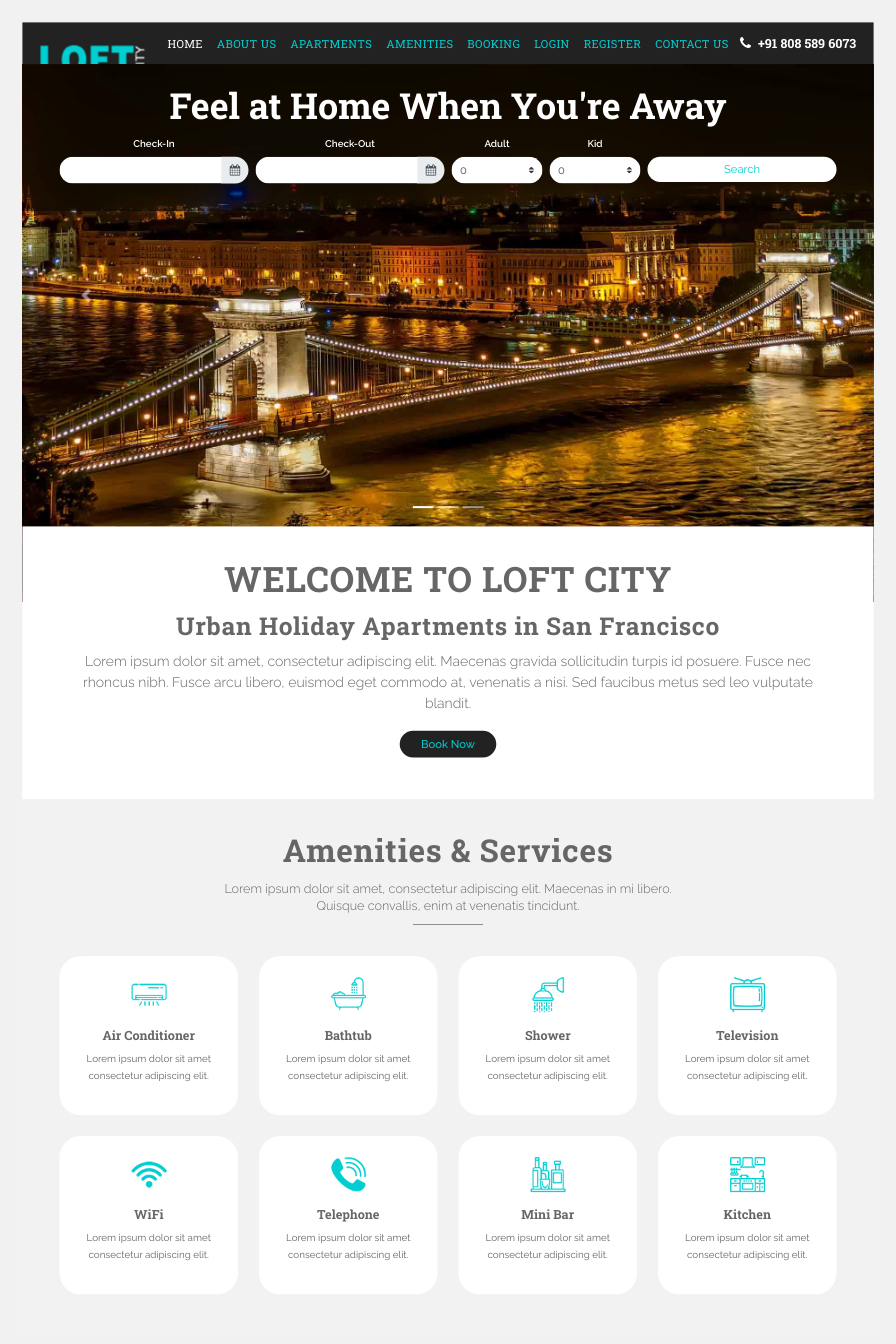
Repository: harshrathore123/ReactPractice
Page: / (app in RevFullStack/frontend/)
These files come from the project's save history. The page is drawn as it stood at one moment and after the next save; the edit follows.
The browser window is 1280 px wide. The pictures show the part of the page from y = 0 to 1920 px (the page is 6083 px tall), at 70% of full size.
The project was rebuilt for these pictures with package versions that can differ from the ones it lists, and the page was loaded fresh each time. Also part of the build but not shown: RevFullStack/frontend/vite.config.js, RevFullStack/frontend/src/component/SearchBar.jsx, RevFullStack/frontend/src/page/Aboutus.jsx, RevFullStack/frontend/src/page/Apartment.jsx, RevFullStack/frontend/src/page/Aminities.jsx, RevFullStack/frontend/src/page/Bookings.jsx, RevFullStack/frontend/src/page/Contact.jsx, RevFullStack/frontend/src/page/Login.jsx and 1 more.

Above is the page before, as saved 2025-10-18 22:39:27.

### RevFullStack/frontend/index.html
<!doctype html>
<html lang="en">
  <head>
    <meta charset="UTF-8" />
    <link rel="icon" type="image/svg+xml" href="/vite.svg" />
    <meta name="viewport" content="width=device-width, initial-scale=1.0" />
    <title>frontend</title>
            <!-- Favicons -->
        <link href="img/favicon.ico" rel="icon">
        <link href="img/apple-favicon.png" rel="apple-touch-icon">
<link href="https://fonts.googleapis.com/css2?family=Roboto:wght@400;700&display=swap" rel="stylesheet">
    <link rel="stylesheet" href="https://cdnjs.cloudflare.com/ajax/libs/font-awesome/6.0.0-beta3/css/all.min.css">
        <!-- Google Fonts -->
        <link href="https://fonts.googleapis.com/css?family=Roboto+Slab:400,700|Raleway:100,200,300,400,500,600,700,800,900" rel="stylesheet">

        <!-- Vendor CSS File -->
        <link href="vendor/bootstrap/css/bootstrap.min.css" rel="stylesheet">
        <link href="vendor/font-awesome/css/font-awesome.min.css" rel="stylesheet">
        <link href="vendor/slick/slick.css" rel="stylesheet">
        <link href="vendor/slick/slick-theme.css" rel="stylesheet">
        <link href="vendor/tempusdominus/css/tempusdominus-bootstrap-4.min.css" rel="stylesheet" />
  </head>
  <body>
    <div id="root"></div>
    <script type="module" src="/src/main.jsx"></script>
  </body>
</html>

### RevFullStack/frontend/src/main.jsx
import { StrictMode } from 'react'
import { createRoot } from 'react-dom/client'
import './index.css'
import {BrowserRouter} from 'react-router-dom';
import App from './App.jsx'

createRoot(document.getElementById('root')).render(
  <BrowserRouter>
    <App />
  </BrowserRouter>,
)

### RevFullStack/frontend/src/App.jsx
import './App.css'
import Home from './component/Home'
import Footer from './component/Footer'
import {Routes,Route} from 'react-router-dom';
import {ToastContainer} from 'react-toastify';
import Navbar from './component/Navbar';
import Aboutus from './page/Aboutus';
import Apartment from './page/Apartment';
import Aminities from './page/Aminities';
import Booking from './page/Bookings';
import Contact from './page/Contact';
import Login from './page/Login';
import Signup from './page/Signup';
function App(){
  return(
    <>
    <ToastContainer position="top-right" reverseOrder={false}/>
    <Navbar/>
    <Routes>
      <Route path='/' element={<Home/>}/>
      <Route path='/aboutus' element={<Aboutus/>}/>
      <Route path='/apartments' element={<Apartment/>}/>
      <Route path='/amenities' element={<Aminities/>}/>
      <Route path='/booking' element={<Booking/>}/>
      <Route path='/contact' element={<Contact/>}/>
      <Route path='/login' element={<Login/>}/>
      <Route path='/register' element={<Signup/>}/>
    </Routes>
    <Footer/>

    </>
  )
}

export default App

### RevFullStack/frontend/src/component/Home.jsx
import Animities from "./Aminities";
import Booking from "./Booking";
import CallUs from "./CallUs";
import Footer from "./Footer";
import Header from "./Header";
import Navbar from "./Navbar";
import Room from "./Room";
import Subscribe from "./Subscribe";
import Welcome from "./Welcome";
export default function Home(){
    return(
        <>
        <Header/>
        <Welcome/>
        <Animities/>
        <Room/>
        <Subscribe/>
        <Booking/>
        <CallUs/>
        </>
    )
}

### RevFullStack/frontend/src/component/Footer.jsx
import '../../public/css/style.css';
import '../../public/css/hover-style.css';
export default function Footer(){
    return(
        <>
                {/* <!-- Footer Section Start --> */}
        <div id="footer">
            <div className="container">
                <div className="row">
                    <div className="col-12">
                        <div className="social">
                            <a href=""><li className="fa fa-instagram"></li></a>
                            <a href=""><li className="fa fa-twitter"></li></a>
                            <a href=""><li className="fa fa-facebook-f"></li></a>
                        </div>
                    </div>
                    <div className="col-12">
                        <ul>
                            <li><a href="">Home</a></li>
                            <li><a href="">About</a></li>
                            <li><a href="">Terms</a></li>
                            <li><a href="">Contact</a></li>
                        </ul>
                    </div>
                    <div className="col-12">
                        <p>Copyright &#169; <a href="https://htmlcodex.com">HTML Codex</a> All Rights Reserved.</p>
						<p>Template By <a href="https://htmlcodex.com">HTML Codex</a></p>
                    </div>
                </div>
            </div>
        </div>
        {/* <!-- Footer Section End --> */}

        </>
    )
}

### RevFullStack/frontend/src/component/Navbar.jsx
import '../../public/css/style.css';
import '../../public/css/hover-style.css';
import { Link, Navigate } from 'react-router-dom';
import { NavLink } from 'react-router-dom';
import { useState } from 'react';

export default function Navbar() {
const [showMenu, setShowMenu] = useState(false);
    const activeStyle = {
        color:"white"
    }

      // Toggle menu (click or keyboard Enter/Space)
  const toggleMenu = (e) => {
    if (e.type === "keydown" && !(e.key === "Enter" || e.key === " ")) return;
    setShowMenu((s) => !s);
  };

  // Close mobile menu when a nav link is clicked (useful on mobile)
  const handleLinkClick = () => setShowMenu(false);
    return (
        <>
            {/* <!-- Header Section Start --> */}
            <header id="header">
                <NavLink to="/" className="logo">
                    <img src="img/logo.png" alt="logo" />
                </NavLink>

                <div className="phone">
                    <i className="fa fa-phone"></i>+91 808 589 6073
                </div>

                {/* Mobile menu button */}
      <button
        className="mobile-menu-btn"
        onClick={toggleMenu}
        onKeyDown={toggleMenu}
        aria-expanded={showMenu}
        aria-label={showMenu ? "Close menu" : "Open menu"}
      >
        {/* Font Awesome bars */}
        <i className="fa fa-bars" />
      </button>

                 <nav className={`main-menu top-menu ${showMenu ? "open" : ""}`}>
                    <ul>
                        <li><NavLink to="/" onClick={handleLinkClick} style={({isActive})=>(isActive?activeStyle:undefined)}>Home</NavLink></li>
          <li><NavLink to="/aboutus" onClick={handleLinkClick} style={({isActive})=>(isActive?activeStyle:undefined)}>About Us</NavLink></li>
          <li><NavLink to="/apartments" onClick={handleLinkClick} style={({isActive})=>(isActive?activeStyle:undefined)}>Apartments</NavLink></li>
          <li><NavLink to="/amenities" onClick={handleLinkClick} style={({isActive})=>(isActive?activeStyle:undefined)}>Amenities</NavLink></li>
          <li><NavLink to="/booking" onClick={handleLinkClick} style={({isActive})=>(isActive?activeStyle:undefined)}>Booking</NavLink></li>
          <li><NavLink to="/login" onClick={handleLinkClick} style={({isActive})=>(isActive?activeStyle:undefined)}>Login</NavLink></li>
          <li><NavLink to="/register" onClick={handleLinkClick} style={({isActive})=>(isActive?activeStyle:undefined)}>Register</NavLink></li>
          <li><NavLink to="/contact" onClick={handleLinkClick} style={({isActive})=>(isActive?activeStyle:undefined)}>Contact Us</NavLink></li>
                    </ul>
                </nav>
            </header>
        </>
    );
}

### RevFullStack/frontend/src/component/Aminities.jsx
import '../../public/css/style.css';
import '../../public/css/hover-style.css';
export default function Animities(){
    return(
        <>
                {/* <!-- Amenities Section Start --> */}
        <div id="amenities">
            <div className="container">
                <div className="section-header">
                    <h2>Amenities & Services</h2>
                    <p>
                        Lorem ipsum dolor sit amet, consectetur adipiscing elit. Maecenas in mi libero. Quisque convallis, enim at venenatis tincidunt.
                    </p>
                </div>
                <div className="row">
                    <div className="col-md-3 col-sm-6">
                        <div className="item">
                            <i className="icon icon-2"></i>
                            <h3>Air Conditioner</h3>
                            <p>Lorem ipsum dolor sit amet consectetur adipiscing elit.</p>
                        </div>
                    </div>
                    <div className="col-md-3 col-sm-6">
                        <div className="item">
                            <i className="icon icon-3"></i>
                            <h3>Bathtub</h3>
                            <p>Lorem ipsum dolor sit amet consectetur adipiscing elit.</p>
                        </div>
                    </div>
                    <div className="col-md-3 col-sm-6">
                        <div className="item">
                            <i className="icon icon-4"></i>
                            <h3>Shower</h3>
                            <p>Lorem ipsum dolor sit amet consectetur adipiscing elit.</p>
                        </div>
                    </div>
                    <div className="col-md-3 col-sm-6">
                        <div className="item">
                            <i className="icon icon-6"></i>
                            <h3>Television</h3>
                            <p>Lorem ipsum dolor sit amet consectetur adipiscing elit.</p>
                        </div>
                    </div>
                    <div className="col-md-3 col-sm-6">
                        <div className="item">
                            <i className="icon icon-7"></i>
                            <h3>WiFi</h3>
                            <p>Lorem ipsum dolor sit amet consectetur adipiscing elit.</p>
                        </div>
                    </div>
                    <div className="col-md-3 col-sm-6">
                        <div className="item">
                            <i className="icon icon-8"></i>
                            <h3>Telephone</h3>
                            <p>Lorem ipsum dolor sit amet consectetur adipiscing elit.</p>
                        </div>
                    </div>
                    <div className="col-md-3 col-sm-6">
                        <div className="item">
                            <i className="icon icon-9"></i>
                            <h3>Mini Bar</h3>
                            <p>Lorem ipsum dolor sit amet consectetur adipiscing elit.</p>
                        </div>
                    </div>
                    <div className="col-md-3 col-sm-6">
                        <div className="item">
                            <i className="icon icon-10"></i>
                            <h3>Kitchen</h3>
                            <p>Lorem ipsum dolor sit amet consectetur adipiscing elit.</p>
                        </div>
                    </div>
                </div>
            </div>
        </div>
        </>
    )
}

### RevFullStack/frontend/src/component/CallUs.jsx
import '../../public/css/style.css';
import '../../public/css/hover-style.css';
export default function CallUs(){
    return(
        <>
                {/* <!-- Call Section Start --> */}
        <div id="call-us">
            <div className="container">
                <div className="section-header">
                    <h2>Click Below to Call Us</h2>
                    <p>
                        Lorem ipsum dolor sit amet, consectetur adipiscing elit. Maecenas in mi libero. Quisque convallis, enim at venenatis tincidunt.
                    </p>
                </div>
                <div className="row">
                    <div className="col-12">
                        <a href="tel:+12345678900">+1 234 567 8900</a>
                    </div>
                </div>
            </div>
        </div>
        {/* <!-- Call Section End --> */}

        </>
    )
}

### RevFullStack/frontend/src/component/Subscribe.jsx
export default function Subscribe(){
    return(
        <>
                {/* <!-- Subscribe Section Start --> */}
        <div id="subscribe">
            <div className="container">
                <div className="section-header">
                    <h2>Subscribe for Special Offer</h2>
                    <p>
                        Lorem ipsum dolor sit amet, consectetur adipiscing elit. Maecenas in mi libero. Quisque convallis, enim at venenatis tincidunt.
                    </p>
                </div>
                <div className="row">
                    <div className="col-12">
                        <div className="subscribe-form">
                            <form>
                                <input type="email" required="required" placeholder="Enter your email here" />
                                <button>submit</button>
                            </form>
                        </div>
                    </div>
                </div>
            </div>
        </div>
        {/* <!-- Subscribe Section End --> */}

        </>
    )
}

### RevFullStack/frontend/src/component/Welcome.jsx
import '../../public/css/style.css';
import '../../public/css/hover-style.css';
export default function Welcome(){
    return(
        <>
                {/* <!-- Welcome Section Start --> */}
        <div id="welcome">
            <div className="container">
                <h3>Welcome to Loft City</h3>
                <h4>Urban Holiday Apartments in San Francisco</h4>
                <p>Lorem ipsum dolor sit amet, consectetur adipiscing elit. Maecenas gravida sollicitudin turpis id posuere. Fusce nec rhoncus nibh. Fusce arcu libero, euismod eget commodo at, venenatis a nisi. Sed faucibus metus sed leo vulputate blandit.</p>
                <a href="#">Book Now</a>
            </div>
        </div>
        {/* <!-- Welcome Section End --> */}

        </>
    )
}

### RevFullStack/frontend/src/page/Login.css

/* CONTAINER & CARD */
.login-container {
    width: 100%;
    margin-top: 20px;
    margin-bottom: 20px;
    display: flex;
    justify-content: center;
    align-items: center;
}

.login-card {
    background: #ffffff;
    padding: 40px;
    border-radius: 12px;
    box-shadow: 0 10px 30px rgba(0, 0, 0, 0.1);
    width: 100%;
    max-width: 400px; /* Max width for a clean form */
    text-align: center;
}

/* HEADER ELEMENTS */
.login-icon {
    font-size: 36px;
    color: #007bff; /* Primary blue color */
    margin-bottom: 15px;
}

.login-card h2 {
    margin-top: 0;
    margin-bottom: 5px;
    font-size: 28px;
    font-weight: 700;
}

.login-card p {
    color: #6c757d;
    margin-bottom: 30px;
    font-size: 15px;
}

/* FORM ELEMENTS */
.input-group {
    margin-bottom: 20px;
    text-align: left;
}

.input-group label {
    display: block;
    margin-bottom: 8px;
    font-weight: 700;
    font-size: 14px;
    color: #343a40;
}

.input-group input {
    width: 100%;
    padding: 12px 15px;
    border: 1px solid #ced4da;
    border-radius: 8px;
    box-sizing: border-box; /* Include padding and border in the element's total width and height */
    transition: border-color 0.3s, box-shadow 0.3s;
}

.input-group input:focus {
    border-color: #007bff;
    box-shadow: 0 0 0 3px rgba(0, 123, 255, 0.25);
    outline: none;
}

/* ACTIONS & BUTTON */
.actions {
    text-align: right;
    margin-bottom: 25px;
}

.forgot-password {
    color: #007bff;
    text-decoration: none;
    font-size: 14px;
    transition: color 0.3s;
}

.forgot-password:hover {
    color: #0056b3;
}

.login-button {
    width: 100%;
    padding: 14px;
    background-color: #007bff;
    color: white;
    border: none;
    border-radius: 8px;
    font-size: 16px;
    font-weight: 700;
    cursor: pointer;
    transition: background-color 0.3s, transform 0.1s;
}

.login-button:hover {
    background-color: #0056b3;
}

.login-button:active {
    transform: scale(0.99);
}

/* FOOTER LINK */
.signup-link {
    margin-top: 30px;
    font-size: 14px;
    color: #6c757d;
}

.signup-link a {
    color: #007bff;
    text-decoration: none;
    font-weight: 700;
}

.signup-link a:hover {
    text-decoration: underline;
}

/* RESPONSIVENESS (for smaller screens) */
@media (max-width: 500px) {
    .login-card {
        margin: 20px;
        padding: 30px 25px;
        box-shadow: 0 5px 15px rgba(0, 0, 0, 0.08);
    }
}

### RevFullStack/frontend/src/page/Signup.css
/* CONTAINER & CARD */
.login-container {
    width: 100%;
    display: flex;
    justify-content: center;
    align-items: center;
}

.login-card {
    background: #ffffff;
    padding: 40px;
    border-radius: 12px;
    box-shadow: 0 10px 30px rgba(0, 0, 0, 0.1);
    width: 100%;
    max-width: 500px; /* Slightly wider card to accommodate side-by-side fields */
    text-align: center;
}

/* HEADER ELEMENTS (Same as before) */
.login-icon {
    font-size: 36px;
    color: #007bff;
    margin-bottom: 15px;
}

.login-card h2 {
    margin-top: 0;
    margin-bottom: 5px;
    font-size: 28px;
    font-weight: 700;
}

.login-card p {
    color: #6c757d;
    margin-bottom: 30px;
    font-size: 15px;
}

/* FORM LAYOUT FOR SIDE-BY-SIDE FIELDS */
.name-group,
.details-group {
    display: flex;
    gap: 20px; /* Spacing between the side-by-side inputs */
    margin-bottom: 20px;
}

.name-group .input-group,
.details-group .input-group {
    flex: 1; /* Makes each input group take up equal space */
    margin-bottom: 0; /* Remove bottom margin here since it's on the container */
}

/* Specific styling for the Age field to make it smaller */
.details-group .input-age {
    flex: 0.4; /* Age field takes less space */
    min-width: 80px;
}
.details-group .input-group:first-child {
    flex: 1; /* City field takes more space */
}

/* FORM ELEMENTS (Standard Inputs) */
.input-group {
    margin-bottom: 20px;
    text-align: left;
}

.input-group label {
    display: block;
    margin-bottom: 8px;
    font-weight: 700;
    font-size: 14px;
    color: #343a40;
}

.input-group input {
    width: 100%;
    padding: 12px 15px;
    border: 1px solid #ced4da;
    border-radius: 8px;
    box-sizing: border-box;
    transition: border-color 0.3s, box-shadow 0.3s;
}

.input-group input:focus {
    border-color: #007bff;
    box-shadow: 0 0 0 3px rgba(0, 123, 255, 0.25);
    outline: none;
}

/* BUTTON STYLES (Same as before) */
.login-button {
    width: 100%;
    padding: 14px;
    background-color: #007bff;
    color: white;
    border: none;
    border-radius: 8px;
    font-size: 16px;
    font-weight: 700;
    cursor: pointer;
    transition: background-color 0.3s, transform 0.1s;
}

.login-button:hover {
    background-color: #0056b3;
}

/* FOOTER LINK (Same as before) */
.signup-link {
    margin-top: 30px;
    font-size: 14px;
    color: #6c757d;
}

.signup-link a {
    color: #007bff;
    text-decoration: none;
    font-weight: 700;
}

/* RESPONSIVENESS (for smaller screens) */
@media (max-width: 550px) {
    .login-card {
        max-width: 90%;
        margin: 20px auto;
        padding: 30px 25px;
    }
    /* Stack inputs on small screens for better usability */
    .name-group,
    .details-group {
        flex-direction: column;
        gap: 0;
    }
    .name-group .input-group,
    .details-group .input-group {
        flex: auto; /* Allow fields to take full width */
    }
}

### RevFullStack/frontend/src/component/Navbar.css
/* Desktop layout (default) */
header#header {
  display: flex;
  align-items: center;
  justify-content: space-between;
  gap: 1rem;
  padding: 12px 18px;
  background: #123; /* example */
  color: #fff;
}

/* hide mobile menu button on desktop */
.mobile-menu-btn {
  display: none;
  background: transparent;
  border: none;
  font-size: 1.4rem;
  color: inherit;
  cursor: pointer;
}

/* main-menu on desktop */
nav.main-menu ul {
  display: flex;
  gap: 1.2rem;
  list-style: none;
  margin: 0;
  padding: 0;
}

/* small screens: collapse nav and show hamburger */
@media (max-width: 768px) {
  /* show mobile button */
  .mobile-menu-btn {
    display: inline-flex;
    align-items: center;
    justify-content: center;
  }

  /* hide desktop nav by default */
  nav.main-menu {
    position: absolute;
    top: 64px; /* adjust depending on header height */
    right: 12px;
    left: 12px;
    background: #123; /* same as header */
    border-radius: 8px;
    box-shadow: 0 8px 20px rgba(0,0,0,0.2);
    overflow: hidden;
    max-height: 0;
    transition: max-height 260ms ease, opacity 200ms ease, transform 200ms ease;
    opacity: 0;
    transform: translateY(-10px);
  }

  /* menu open state */
  nav.main-menu.open {
    max-height: 400px; /* enough for menu items */
    opacity: 1;
    transform: translateY(0);
  }

  /* stack items vertically on mobile */
  nav.main-menu ul {
    display: flex;
    flex-direction: column;
    gap: 0;
  }

  nav.main-menu li {
    border-bottom: 1px solid rgba(255,255,255,0.06);
  }

  nav.main-menu li a {
    display: block;
    padding: 12px 16px;
    color: #ddd;
    text-decoration: none;
  }

  /* active style example */
  nav.main-menu li a[style] {
    /* inline style from activeStyle will apply, but you may add CSS class for active instead */
  }
}

Loaded but not shown: RevFullStack/frontend/src/index.css (common file); RevFullStack/frontend/src/App.css (common file); RevFullStack/frontend/public/vendor/bootstrap/css/bootstrap.min.css (library); RevFullStack/frontend/public/vendor/font-awesome/css/font-awesome.min.css (library); RevFullStack/frontend/public/vendor/slick/slick.css (common file); RevFullStack/frontend/public/vendor/slick/slick-theme.css (library); RevFullStack/frontend/public/vendor/tempusdominus/css/tempusdominus-bootstrap-4.min.css (library); RevFullStack/frontend/public/css/hover-style.css (460 lines, source omitted); RevFullStack/frontend/public/css/style.css (1404 lines, source omitted); RevFullStack/frontend/src/component/Room.jsx (256 lines, source omitted); RevFullStack/frontend/src/component/Booking.jsx (187 lines, source omitted); RevFullStack/frontend/src/component/Header.jsx (115 lines, source omitted)

After the next save:
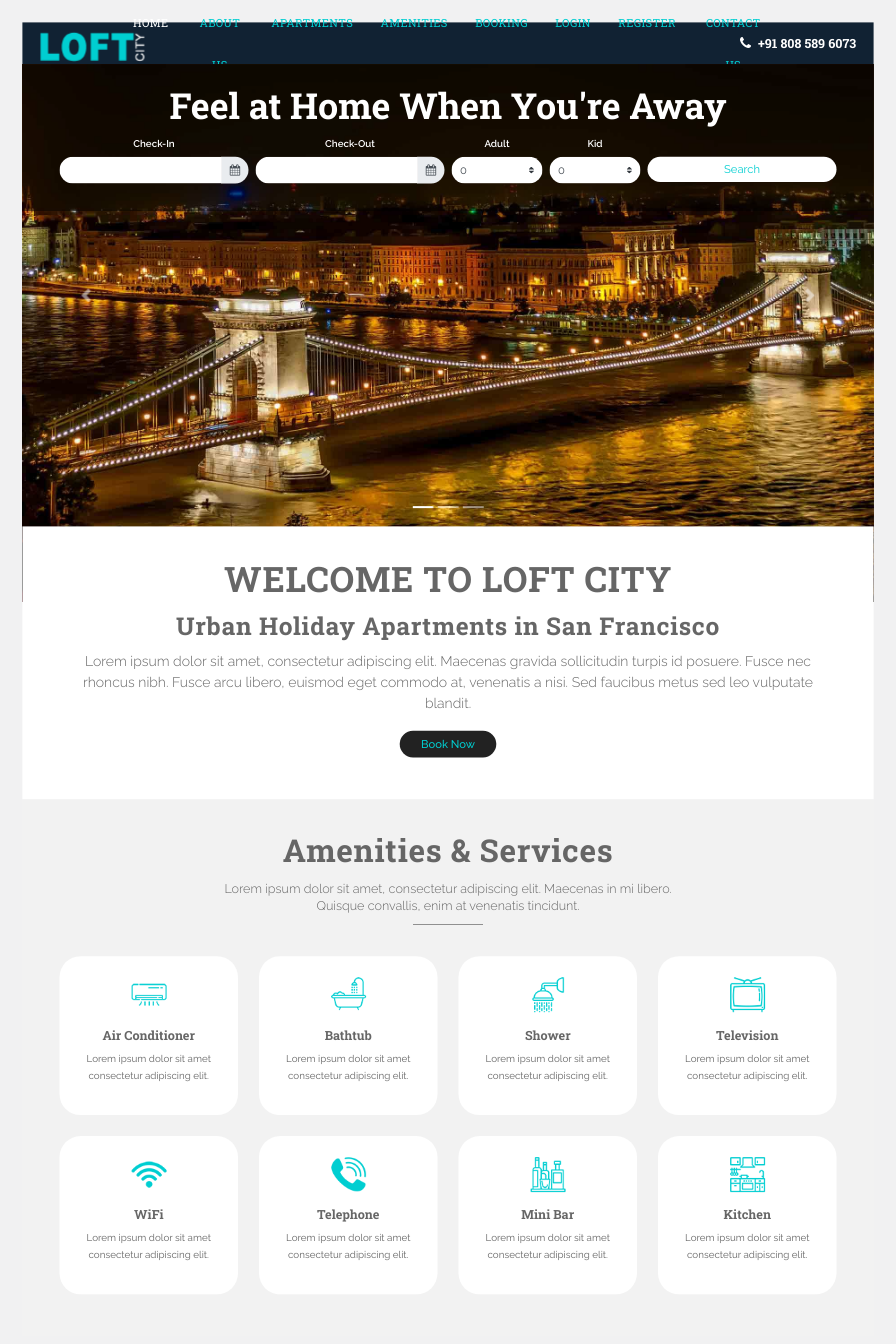
Saved 22 s later.
--- a/RevFullStack/frontend/src/component/Navbar.jsx
+++ b/RevFullStack/frontend/src/component/Navbar.jsx
@@ -3,7 +3,7 @@ import '../../public/css/hover-style.css';
 import { Link, Navigate } from 'react-router-dom';
 import { NavLink } from 'react-router-dom';
 import { useState } from 'react';
-
+import './Navbar.css';
 export default function Navbar() {
 const [showMenu, setShowMenu] = useState(false);
     const activeStyle = {
